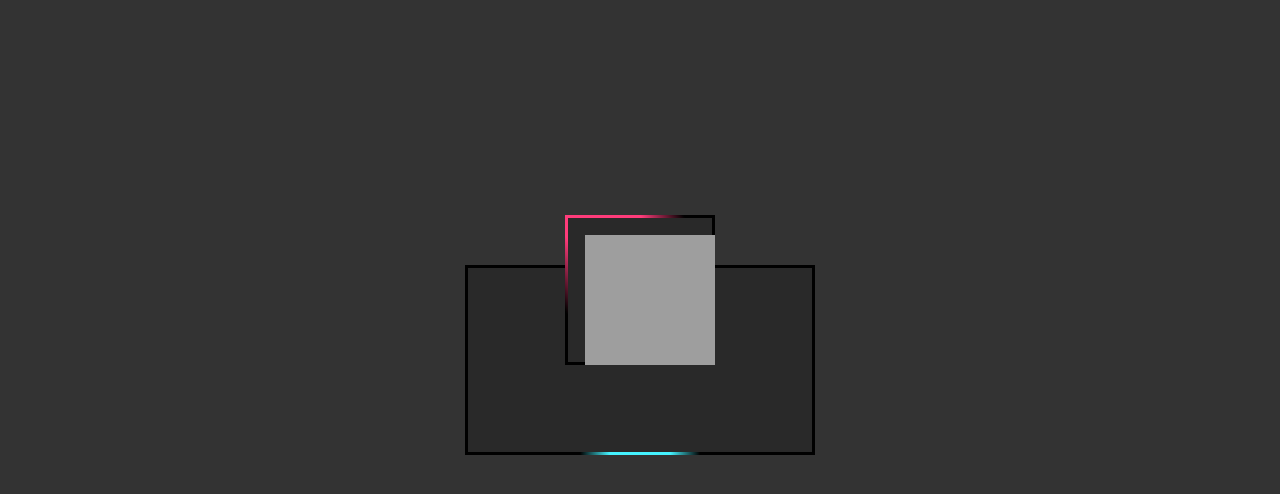
Repository: SeungYn/Javascript-study-toy
Page: profile-card/index.html
An editor plug-in stored every save of this project. The page is shown before and after the next save, followed by the edit.
The browser window is 1280 px wide. The pictures show the whole page.
Pictures or frames that could not be fetched are drawn as grey boxes.

Above is the page before, as saved 2023-01-12 15:46:35.

After the next save:
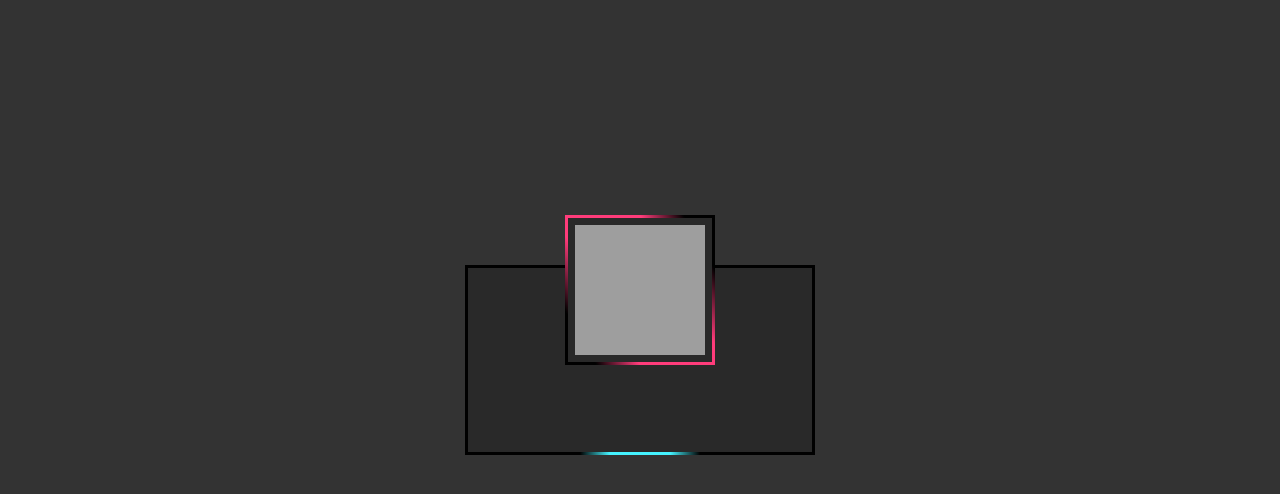
Saved 5 s later.
--- a/profile-card/style.css
+++ b/profile-card/style.css
@@ -123,8 +123,8 @@ body {
 
 .card .imgBx img {
   position: absolute;
-  top: 20px;
-  left: 20px;
+  top: 10px;
+  left: 10px;
   z-index: 1;
   width: calc(100% - 20px);
   height: calc(100% - 20px);
